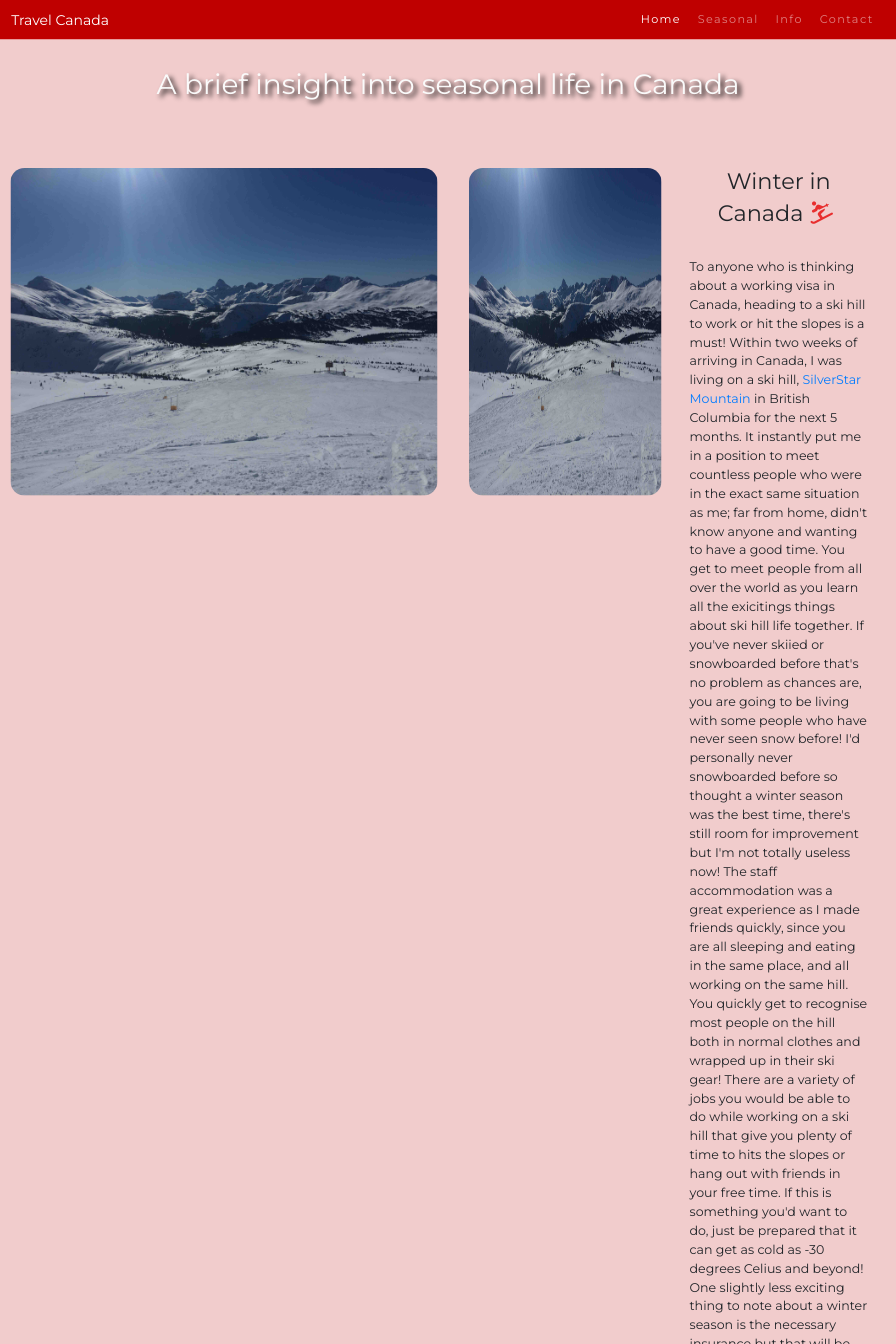
Repository: JonWil91/Travel-Canada
Page: seasonal.html
The author's editor kept a record of every edit. The page is drawn from the files as they stood at one moment, then again after the next edit.
The browser window is 1280 px wide. The pictures show the part of the page from y = 0 to 1920 px (the page is 2618 px tall), at 70% of full size.
Some web libraries are served in a nearby version.

Above is the page before.

### seasonal.html
<!DOCTYPE html>
<html lang="en">

<head>
    <meta charset="UTF-8">
    <meta name="viewport" content="width=device-width, initial-scale=1.0">
    <meta http-equiv="X-UA-Compatible" content="ie=edge">
    <title>Canada</title>
    <link rel="stylesheet" href="https://stackpath.bootstrapcdn.com/bootstrap/4.3.1/css/bootstrap.min.css" integrity="sha384-ggOyR0iXCbMQv3Xipma34MD+dH/1fQ784/j6cY/iJTQUOhcWr7x9JvoRxT2MZw1T" crossorigin="anonymous">
    <link href="https://fonts.googleapis.com/css?family=Montserrat:200,400,500i&display=swap" rel="stylesheet">
    <link rel="stylesheet" href="https://use.fontawesome.com/releases/v5.6.1/css/all.css" integrity="sha384-gfdkjb5BdAXd+lj+gudLWI+BXq4IuLW5IT+brZEZsLFm++aCMlF1V92rMkPaX4PP" crossorigin="anonymous">
    <link rel="stylesheet" href="css/style.css" type="text/css" />


    <body>

        <!-- navbar -->

        <div class="container-fluid navalert-container">
            <nav class="navbar navbar-dark navbar-expand-sm navbar-fixed-top">
                <a href="index.html" class="navbar-brand">Travel Canada</a>
                <button class="navbar-toggler ml-auto" type="button" data-toggle="collapse" data-target="#navbarNavDropdown" aria-controls="navbarNavDropdown" aria-expanded="false" aria-label="Toggle
        navigation">
            <span class="navbar-toggler-icon"></span>
        </button>
                <div class="collapse navbar-collapse" id="navbarNavDropdown">
                    <ul class="navbar-nav ml-auto">
                        <li class="active nav-item mr-2"><a class="nav-link" href="index.html">Home</a></li>
                        <li class="nav-item mr-2"><a class="nav-link" href="seasonal.html">Seasonal</a></li>
                        <li class="nav-item mr-2"><a class="nav-link" href="info.html">Info</a></li>
                        <li class="nav-item mr-2"><a class="nav-link" href="contact.html">Contact</a></li>

                    </ul>
                </div>
            </nav>
        </div>

        <!-- /navbar -->


        <!-- seasons -->

        <div class="container title-container my-5 text-center">
            <div class="row">
                <div class="col-12">
                    <h1 class="jumbotron-header my-5">A brief insight into seasonal life in Canada</h1>
                </div>
            </div>
        </div>

        <div class="container-fluid">
            <div class="row">
                <div class="col-lg-6">
                    <img src="images/canada-winter.jpg" class="img-fluid">
                </div>
                <div class="col-lg-6">
                    <div class="accordion d-md-none" id="accordionExample">
                        <div class="card">
                            <div class="card-header" id="headingOne">
                                <h2 class="mb-0">
                                    <button class="btn btn-link" type="button" data-toggle="collapse" data-target="#collapseOne" aria-expanded="true" aria-controls="collapseOne">
          Winter in Canada
        </button>
                                </h2>
                            </div>

                            <div id="collapseOne" class="collapse show" aria-labelledby="headingOne" data-parent="#accordionExample">
                                <div class="card-body">
                                    To anyone who is thinking about a working visa in Canada, heading to a ski hill to work or hit the slopes is a must! Within two weeks of arriving in Canada, I was living on a ski hill, <a href="https://www.skisilverstar.com/"
                                        target="_blank">SilverStar Mountain</a> in British Columbia for the next 5 months. It instantly put me in a position to meet countless people who were in the exact same situation as me; far from home, didn't know anyone
                                    and wanting to have a good time. You get to meet people from all over the world as you learn all the exicitings things about ski hill life together. If you've never skiied or snowboarded before that's no problem as
                                    chances are, you are going to be living with some people who have never seen snow before! I'd personally never snowboarded before so thought a winter season was the best time, there's still room for improvement but
                                    I'm not totally useless now! The staff accommodation was a great experience as I made friends quickly, since you are all sleeping and eating in the same place, and all working on the same hill. You quickly get to recognise
                                    most people on the hill both in normal clothes and wrapped up in their ski gear! There are a variety of jobs you would be able to do while working on a ski hill that give you plenty of time to hits the slopes or hang
                                    out with friends in your free time. If this is something you'd want to do, just be prepared that it can get as cold as -30 degrees Celius and beyond! One slightly less exciting thing to note about a winter season is
                                    the necessary insurance but that will be covered in more detail in the <a href="info.html">Info</a> section.
                                </div>
                            </div>
                        </div>
                    </div>

                    <div class="container-fluid d-none d-lg-block">
                        <div class="row">
                            <div class="col-lg-6">
                                <img src="images/canada-winter.jpg" class="img-fluid">
                            </div>
                            <div class="col-lg-6">
                                <h2 class="text-center season-title align-text-top"> Winter in Canada<i class="fas fa-skiing icon fa-flip-horizontal"></i></h2>
                                <p class="season-section">To anyone who is thinking about a working visa in Canada, heading to a ski hill to work or hit the slopes is a must! Within two weeks of arriving in Canada, I was living on a ski hill, <a href="https://www.skisilverstar.com/"
                                        target="_blank">SilverStar Mountain</a> in British Columbia for the next 5 months. It instantly put me in a position to meet countless people who were in the exact same situation as me; far from home, didn't know anyone
                                    and wanting to have a good time. You get to meet people from all over the world as you learn all the exicitings things about ski hill life together. If you've never skiied or snowboarded before that's no problem as
                                    chances are, you are going to be living with some people who have never seen snow before! I'd personally never snowboarded before so thought a winter season was the best time, there's still room for improvement but
                                    I'm not totally useless now! The staff accommodation was a great experience as I made friends quickly, since you are all sleeping and eating in the same place, and all working on the same hill. You quickly get to recognise
                                    most people on the hill both in normal clothes and wrapped up in their ski gear! There are a variety of jobs you would be able to do while working on a ski hill that give you plenty of time to hits the slopes or hang
                                    out with friends in your free time. If this is something you'd want to do, just be prepared that it can get as cold as -30 degrees Celius and beyond! One slightly less exciting thing to note about a winter season is
                                    the necessary insurance but that will be covered in more detail in the <a href="info.html">Info</a> section.
                                </p>
                            </div>
                        </div>
                    </div>



                </div>
            </div>
        </div>


        <div class="container-fluid my-5">
            <div class="row">
                <div class="col-lg-6">
                    <img src="images/canada-summer.jpg" class="img-fluid">
                </div>
                <div class="col-lg-6 my-5">
                    <div class="accordion" id="accordionExample">
                        <div class="card">
                            <div class="card-header" id="headingTwo">
                                <h2 class="mb-0">
                                    <button class="btn btn-link collapsed" type="button" data-toggle="collapse" data-target="#collapseTwo" aria-expanded="false" aria-controls="collapseTwo">
          Summer in Canada
        </button>
                                </h2>
                            </div>
                            <div id="collapseTwo" class="collapse" aria-labelledby="headingTwo" data-parent="#accordionExample">
                                <div class="card-body">
                                    If you're not a fan of the snow and the cold then you will love summer in Canada. It's difficult to know where to go in Canada as when the sun comes out there is so many beauitful, postcard picture landscapes around. Whilst Canada is a huge country with
                                    a lot to see it is possible to get around with greyhound bus when you need, or flying when you feel it's just too far. Out towards the East you have the exciting city of Toronto, amazing views at Niagara Falls, as well
                                    as French-Canadian Quebec to explore. If mountains and lakes are more your thing, you could spend an incredible Summer in the Canadian Rockies, in places like Banff or Jasper. I spent a summer there and everyday the
                                    views would never got old. The main thing to be aware of when out hiking is the wildlife and how to be prepared, more on this below. Heading further across the country to the West you could spend a summer in bustling
                                    Vancouver which is a good location for seeing some amazing mountains and beaches. Further across still is Vancouver Island which has a nice chilled out feeling, and is host to activities such as whale watching in the
                                    right season, long hikes along the coast and well known for attracting the surf crowd to Tofino. You're not really going to go wrong wherever you spend your summer in Canada, you just want to put a bit of research in
                                    to decide what sort places you'd like to see and what you'd like to do.
                                </div>
                            </div>
                        </div>
                    </div>
                </div>
            </div>
        </div>


        <!-- /seasons -->

        <!-- footer -->

        <div class="container-fluid footer">
            <div class="row">
                <div class="col-12">
                    <p class="ml-auto"><small>copyright JR Williams</small></p>

                </div>
            </div>
        </div>


        <!-- /footer -->


        <script src="https://code.jquery.com/jquery-3.3.1.slim.min.js" integrity="sha384-q8i/X+965DzO0rT7abK41JStQIAqVgRVzpbzo5smXKp4YfRvH+8abtTE1Pi6jizo" crossorigin="anonymous"></script>
        <script src="https://cdnjs.cloudflare.com/ajax/libs/popper.js/1.14.7/umd/popper.min.js" integrity="sha384-UO2eT0CpHqdSJQ6hJty5KVphtPhzWj9WO1clHTMGa3JDZwrnQq4sF86dIHNDz0W1" crossorigin="anonymous"></script>
        <script src="https://stackpath.bootstrapcdn.com/bootstrap/4.3.1/js/bootstrap.min.js" integrity="sha384-JjSmVgyd0p3pXB1rRibZUAYoIIy6OrQ6VrjIEaFf/nJGzIxFDsf4x0xIM+B07jRM" crossorigin="anonymous"></script>


    </body>

### css/style.css
body {
    font-family: 'Montserrat', sans-serif;
    background-color: #f1cccc;
}


/* Navbar */

.navalert-container {
    position: absolute;
    top: 0;
    left: 0;
    padding-left: 0;
    padding-right: 0;
    z-index: 1;
    background-color: #ff0000;
}

.navbar {
    margin-bottom: 0;
    border: 0;
    width: 100%;
    background-color: rgba(0, 0, 0, 0.25);
}

.navbar-toggler {
    border: none;
    background-color: transparent;
}

.navbar-brand {
    font-weight: 500;
}

.navbar-nav {
    letter-spacing: 2px;
}


/* /navbar */

/* landing page */

.callout-container {
    height: 100vh;
    background: url("../images/canada-landing-page.jpg") no-repeat bottom right fixed;
    -webkit-background-size: cover;
    -moz-background-size: cover;
    -o-background-size: cover;
    background-size: cover;

    display: flex;
    justify-content: center;
    position: relative;
}



.jumbotron {
    background-color: transparent;
    margin-top: 30px;
    color: #fafafa;
}

.jumbotron-header {
    font-size: 40px;
    color: #fafafa;
    text-shadow: 5px 5px 7px black;
}

.lead {
    margin-top: 30px;
    color: #de5858;
    font-family: 'Roboto', sans-serif;
    font-weight: 600;
    font-size: 25px;
    text-shadow: 5px 5px 10px #fafafa;

}

.about-me {
    color: #fafafa;
    text-shadow: 5px 5px 10px black;
}

.about-me-text {
    color: black;
}


/* /landing page */

/* seasonal */

.title-container {
    display: flex;
    justify-content: center;
    position: relative;
}

.container-subheading {
    display: flex;
    justify-content: center;
    position: relative;
}

.img-fluid {
    width: 100vh;
    height: 65vh;
    border-radius: 20px;
}


.icon {
    color: #e82e2e;
    padding: 10px;
    transition: all 0.3s ease 0s;
}

.icon:hover {
    color: #f59e42;
}

.season-title {
    padding: 0 0 20px 0;

}

.season-section {
    font-size: 18px;
    padding: 10px;
}

.card-header {
    justify-content: center;
    display: flex;
    background-color: transparent;
    border: none;
    text-decoration: none;
}

button {
    text-decoration: none;
}

.btn-link {
    font-size: 25px;
}

.btn-link:hover,
.btn-link:active,
.btn-link:focus {
    text-decoration: none;
    background-color: #ff0000;
    color: #fafafa;
    font-size: 25px;
    border-radius: 5px;
}


/* /seasonal */


/* Info */


.title {
    color: #fafafa;
}

.timeline-item {
    padding: 4em 2em 0em 2em;
    position: relative;
    color: red;
    border-left: 1px solid;
}

.timeline-item p {
    padding: 0;
    margin: 0;
}

.timeline-item:before {
    content: attr(data-dates);
    position: absolute;
    left: 2.5em;
    top: 3em;
    display: block;
    font-family: "Exo", sans-serif;
    font-weight: 500;
    font-size: 0.8em;
    padding: 0;
    margin: 0;
}

.timeline-item:after {
    width: 12px;
    height: 12px;
    display: block;
    top: 2.4em;
    position: absolute;
    left: -6px;
    border-radius: 12px;
    content: '';
    background-color: #fafafa;
}

.history-items {
    margin-bottom: 30px;
}

.extra-info {
    color: red;
}

.card,
.card-reader {
    background-color: transparent;
    border: none !important;
    padding: 0;
    margin-bottom: 20px;
}

.flag-picture {
    width: 90vh;
    height: 65vh;
    border-radius: 20px;
    margin-top: 90px
}

/* /Info */

/* Contact */

.contact-box {
    height: 50px;
}

.contact-button {
    background-color: #ff0000;
}


/* /Contact */

/* Footer */

.footer {
    background-color: #ff0000;
    color: #fafafa;
    float: right;
}

.footer-contact {
    background-color: #ff0000;
    color: #fafafa;
    float: right;
    position: absolute;
    bottom: 0;
}

.ml-auto {
    float: right;
}

/* /footer */

After the next edit:
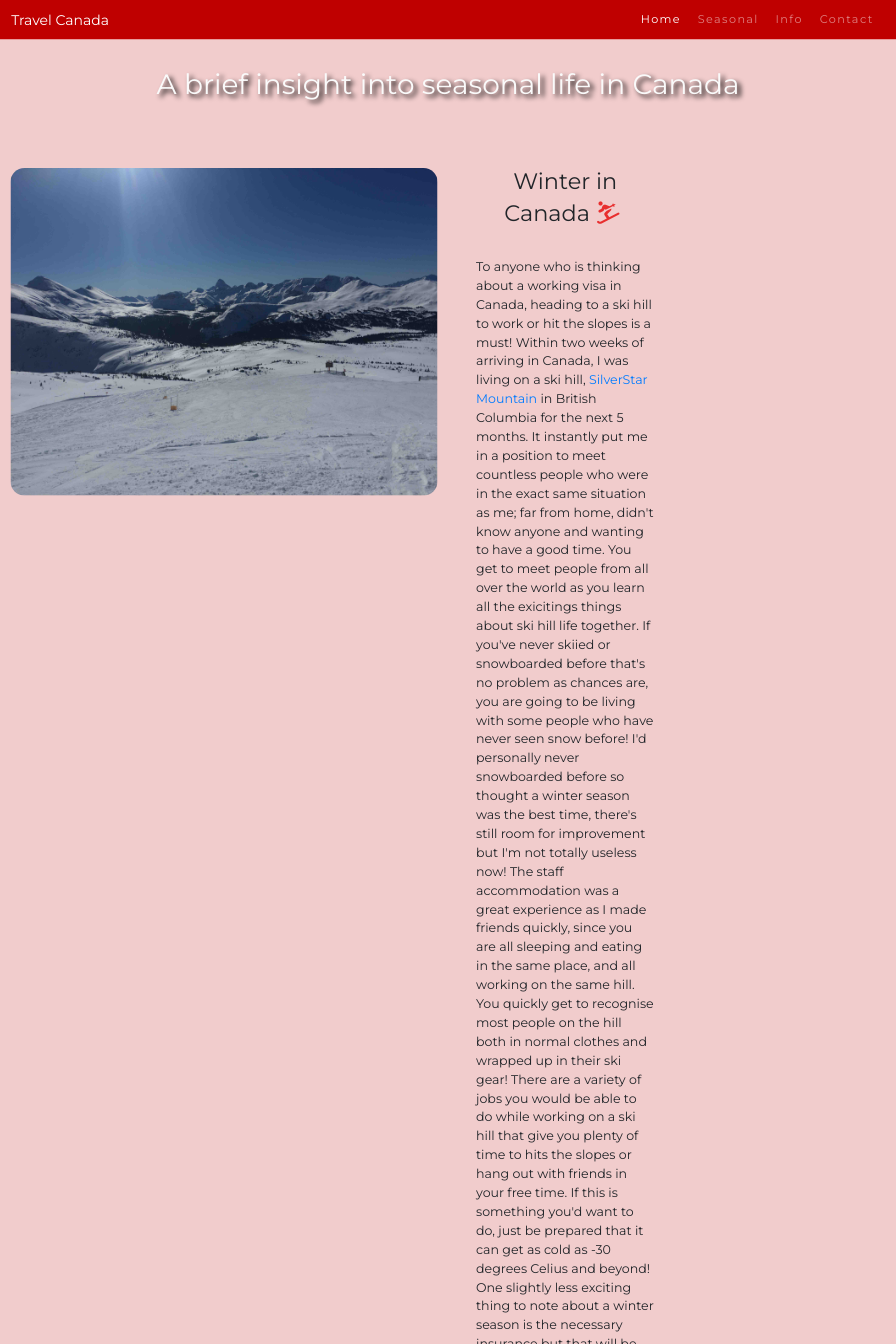
The edit:
--- a/seasonal.html
+++ b/seasonal.html
@@ -82,9 +82,6 @@
                     <div class="container-fluid d-none d-lg-block">
                         <div class="row">
                             <div class="col-lg-6">
-                                <img src="images/canada-winter.jpg" class="img-fluid">
-                            </div>
-                            <div class="col-lg-6">
                                 <h2 class="text-center season-title align-text-top"> Winter in Canada<i class="fas fa-skiing icon fa-flip-horizontal"></i></h2>
                                 <p class="season-section">To anyone who is thinking about a working visa in Canada, heading to a ski hill to work or hit the slopes is a must! Within two weeks of arriving in Canada, I was living on a ski hill, <a href="https://www.skisilverstar.com/"
                                         target="_blank">SilverStar Mountain</a> in British Columbia for the next 5 months. It instantly put me in a position to meet countless people who were in the exact same situation as me; far from home, didn't know anyone
